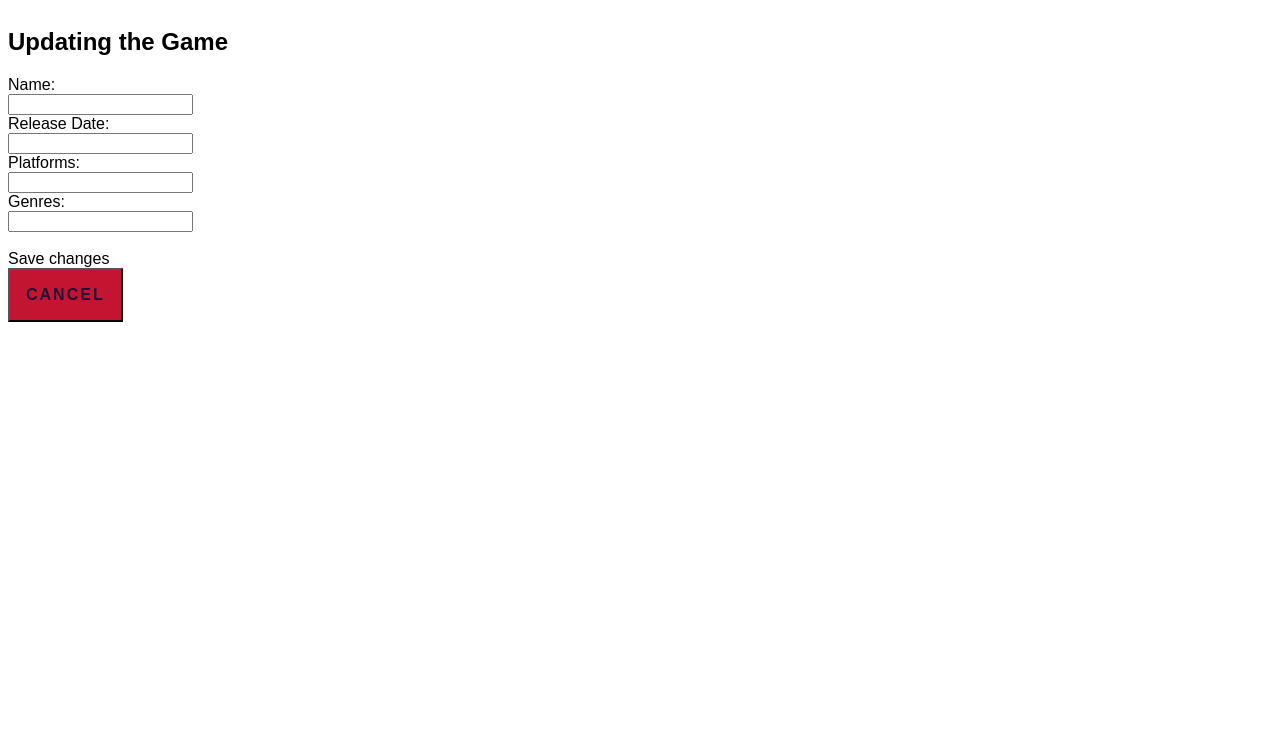
Repository: scorpiofishingicecoffee/RNR
Page: /updategameform (app in client/)
These files come from the project's save history. The page is drawn as it stood at one moment and after a run of saves; the edit follows.
The browser window is 1280 px wide. The pictures show the whole page.
Some web fonts or font styles are not loaded; a fallback is used. The project was rebuilt for these pictures with package versions that can differ from the ones it lists, and the page was loaded fresh each time. Also part of the build but not shown: client/src/Games.js, client/src/ErrorBoundary.js, client/src/SignUpForm.js, client/src/LoginForm.js, client/src/NavBarPage.js, client/src/HomePage.js, client/src/NewGameForm.js, client/src/GameItem.js and 3 more.

Above is the page before, as saved 2022-11-16 09:54:25.

After the next 3 saves:
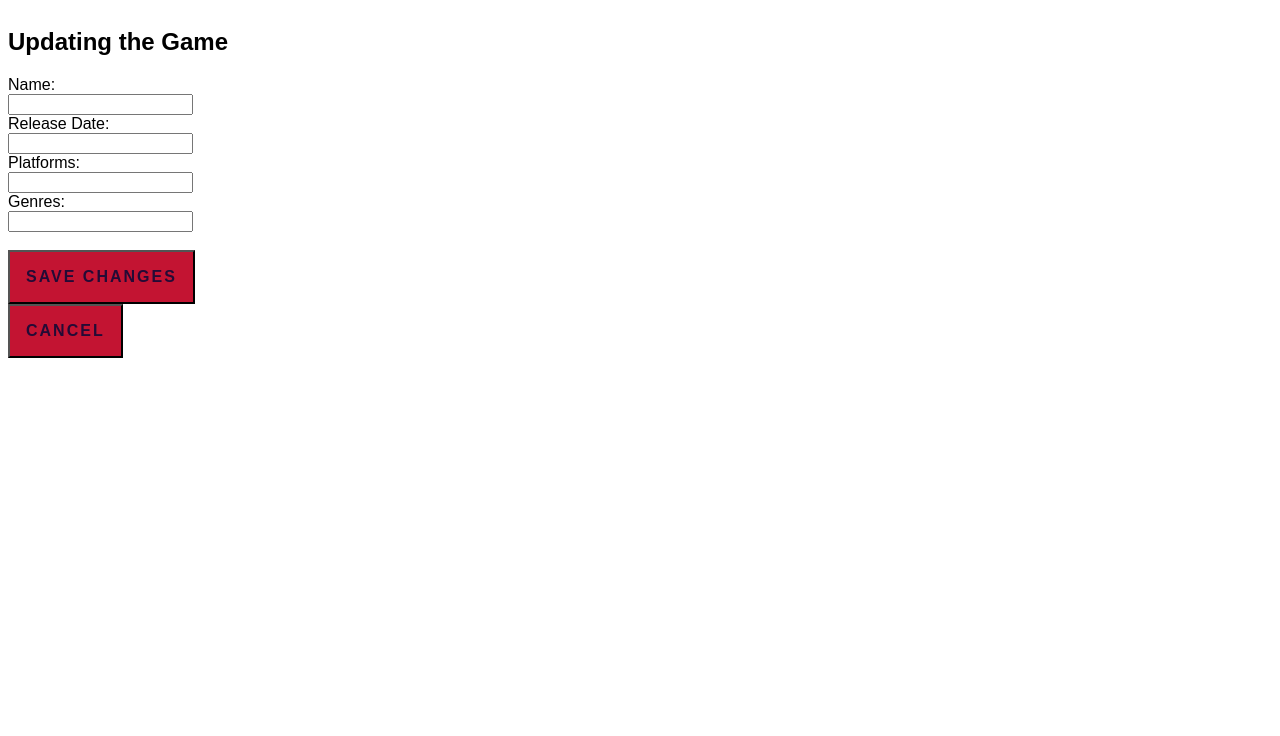
The 3 saves are shown as one change because they came seconds apart.
The last was saved 10 s later.
--- a/client/src/UpdateGameForm.js
+++ b/client/src/UpdateGameForm.js
@@ -69,9 +69,9 @@ function UpdateGameForm() {
       />
       <br />
       <br />
-      {/* <button className="sml-btn" type="submit" onClick={updategame}> */}
+      <button className="sml-btn" type="submit">
       Save changes
-      {/* </button> */}
+      </button>
       <br />
       <button className="sml-btn" type="submit" onClick={() => navigate("/protected")}>
         Cancel
